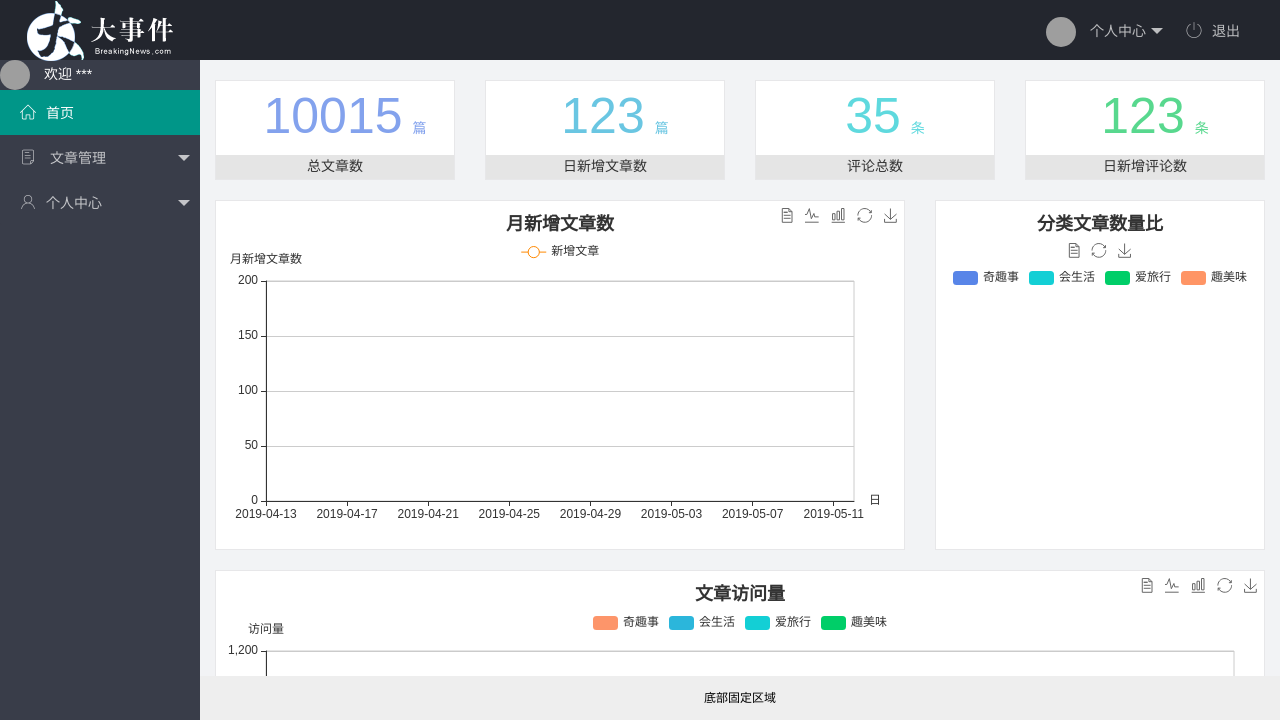
Repository: lithronmatic/web_bigbigevent
Page: index.html
An editor plug-in stored every save of this project. The page is shown before and after the next save, followed by the edit.
The browser window is 1280 px wide. The pictures show the whole page.
Pictures or frames that could not be fetched are drawn as grey boxes. The page's requests for data from a server got no answer.

Above is the page before, as saved 2022-09-03 09:39:20.

### index.html
<!DOCTYPE html>
<html lang="en">

<head>
    <meta charset="UTF-8">
    <meta http-equiv="X-UA-Compatible" content="IE=edge">
    <meta name="viewport" content="width=device-width, initial-scale=1.0">
    <title>后台主页</title>
    <link rel="stylesheet" href="./assets/lib/layui/css/layui.css">
    <link rel="stylesheet" href="./assets/fonts/iconfont.css">
    <link rel="stylesheet" href="./assets/css/index.css">
</head>

<body>
    <div class="layui-layout layui-layout-admin">
        <div class="layui-header">
            <div class="layui-logo">
                <img src="./assets/images/logo.png" alt="">
            </div>
            <!-- 头部区域（可配合layui 已有的水平导航） -->
            <ul class="layui-nav layui-layout-right">
                <li class="layui-nav-item layui-hide layui-show-md-inline-block">
                    <a href="javascript:;" class="userinfo">
                        <img src="//tva1.sinaimg.cn/crop.0.0.118.118.180/5db11ff4gw1e77d3nqrv8j203b03cweg.jpg"
                            class="layui-nav-img">
                        个人中心
                    </a>
                    <dl class="layui-nav-child">
                        <dd><a href="">基本资料</a></dd>
                        <dd><a href="">更换头像</a></dd>
                        <dd><a href="">重置密码</a></dd>
                    </dl>
                </li>
                <li class="layui-nav-item">
                    <a href="javascript:;">
                        <span class="iconfont icon-tuichu"></span>退出
                    </a>
                </li>
            </ul>
        </div>

        <div class="layui-side layui-bg-black">
            <div class="layui-side-scroll">
                <div class="userinfo">
                    <img src="//tva1.sinaimg.cn/crop.0.0.118.118.180/5db11ff4gw1e77d3nqrv8j203b03cweg.jpg"
                        class="layui-nav-img">
                    <span id="welcome">欢迎 ***</span>
                </div>
                <!-- 左侧导航区域（可配合layui已有的垂直导航） -->
                <ul class="layui-nav layui-nav-tree" lay-shrink="all" lay-filter="test">
                    <li class="layui-nav-item layui-this">
                        <a href="./home/dashboard.html" target="fm"><span class="iconfont icon-home"></span>首页</a>
                    </li>
                    <li class="layui-nav-item">
                        <a class="" href="javascript:;"><span class="iconfont icon-16"></span>
                            文章管理
                        </a>
                        <dl class="layui-nav-child">
                            <dd><a href="javascript:;"><i class="layui-icon layui-icon-app"></i>文章类别</a></dd>
                            <dd><a href="javascript:;"><i class="layui-icon layui-icon-app"></i>文章列表</a></dd>
                            <dd><a href="javascript:;"><i class="layui-icon layui-icon-app"></i>发布文章</a></dd>
                        </dl>
                    </li>
                    <li class="layui-nav-item">
                        <a href="javascript:;"><span class="iconfont icon-user"></span>个人中心</a>
                        <dl class="layui-nav-child">
                            <dd><a href="javascript:;">基本资料</a></dd>
                            <dd><a href="javascript:;">更换头像</a></dd>
                            <dd><a href="javascript:;">重置密码</a></dd>
                        </dl>
                    </li>
                </ul>
            </div>
        </div>

        <div class="layui-body">
            <!-- 内容主体区域 -->
            <iframe src="./home/dashboard.html" name="fm" frameborder="0"></iframe>
        </div>

        <div class="layui-footer">
            <!-- 底部固定区域 -->
            底部固定区域
        </div>
    </div>

    <!-- 导入layui.js文件 -->
    <script src="./assets/lib/layui/layui.all.js"></script>
    <!-- 导入jquery -->
    <script src="./assets/lib/jquery.js"></script>
    <!-- 导入baseAPI -->
    <script src="./assets/js/baseAPI.js"></script>
    <!-- 导入自己的js -->
    <script src="./assets/js/index.js"></script>
</body>

</html>

### assets/css/index.css
/* .iconfont{
    margin-right:8px;
}

.layui-icon{
    margin-right:8px;
    margin-left:20px;
}

iframe{
    width: 100%;
    height: 100%;
}

.layui-body{
    overflow: hidden;
}

a{
    transition: none!important;
}

.userinfo{
    height:60px;
    line-height: 60px;
    text-align: center;
    border-bottom:1px solid #282b33;

}

#welcome{
    color:#fff;
    font-size: 12px;
    /* 禁止用户选中 */
    /* user-select: none;
} */

/* .layui-nav-img{
    width:40px;
    height:40px;
}

.text-avatar{
    display: inline-block;
    width: 40px;
    height:40px;
    font-size: 20px;
    background-color: #009688;
    text-align: center;
    line-height: 40px;
    border-radius: 50%;
    position:relative;
    top:4px;
    margin-right: 10px;
}  */

.layui-footer{
    text-align: center;
    font-size: 12px;
}
.iconfont{
    margin-right:10px;
}
.layui-icon{
    margin-right:10px;
}
iframe{
    width:100%;
    height:100%;
}
.layui-body{
    overflow: hidden;
}

### assets/js/baseAPI.js
// 在调用$.get()或$.post()或$.ajax()之前，都会先调用
// $.ajaxPrefilter这个函数
$.ajaxPrefilter(function(options){
    // console.log(options.url);//
    // 在发起真正的Ajax请求之前，统一拼接请求的根路径
    options.url = "http://www.liulongbin.top:3007" + options.url;
})

### assets/js/index.js
// $(function(){
//     getUserInfo();
// })

// var layer = layui.layer;
// // 获取用户的基本信息
// function getUserInfo(){
//     $.ajax({
//         method:'GET',
//         url:'/my/userinfo',
//         // headers就是请求头配置对象
//         headers:{
//             Authorization:localStorage.getItem('token') || ""
//         },
//         success:function(res){
//            if(res.status!==0){
//              return layui.layer.msg('获取用户信息失败!');
//            }
//         //调用renderAvatar 渲染用户的头像
//         renderAvatar(res.data);
//         }
//     })
// }

// // 渲染用户的头像
// function renderAvatar(user){
//     // 1.获取用户名称
//     var name = user.nickname || user.username;
//     // 2.设置欢迎的文本
//     $('#welcome').html('欢迎&nbsp;&nbsp;'+ name);
//     // 3.按需渲染用户的头像
//     if(user.user_pic!==null){
//         // 3.1渲染图片头像
//         $(".layui-nav-img").attr('src',user.user_pic).show();
//         // 让文本头像隐藏
//         $(".text-avatar").hide();
//     }else{
//         // 3.2渲染文本头像
//         // 让图片头像隐藏
//         $(".layui-nav-img").hide();
//         //渲染文本头像
//         var first = name[0].toUpperCase();
//         $(".text-avatar").html(first).show();
//     }
// }

$(function(){
    getUserInfo()

})

// 获取用户基本信息
function getUserInfo(){
    $.ajax({
        type:'GET',
        url:'/my/userinfo',
        // headers 请求头配置对象
        headers:{
            Authorization:localStorage.getItem('token')
        },
        success:function(res){
            if(res.status!=0){
                return layui.layer.msg('获取用户信息失败!')
            }
            // 调用renderAvatar渲染用户的头像
            renderAvatar(res.data)
        }
    })
}

// 渲染用户的头像
function renderAvatar(user){

}

### home/dashboard.html
<!DOCTYPE html>
<html lang="en">

<head>
  <meta charset="UTF-8">
  <meta name="viewport" content="width=device-width, initial-scale=1.0">
  <meta http-equiv="X-UA-Compatible" content="ie=edge">
  <title>图表统计</title>
  <link rel="stylesheet" href="../../assets/lib/bootstrap.css" />
  <link rel="stylesheet" href="../../assets/lib/main.css" />
  <script src="../../assets/lib/jquery.js"></script>
  <script type="text/javascript" src="../../assets/lib/echarts.min.js"></script>
</head>

<body>
  <div class="container-fluid">
    <div class="row spannel_list">
      <div class="col-sm-3 col-xs-6">
        <div class="spannel">
          <em>10015</em><span>篇</span>
          <b>总文章数</b>
        </div>
      </div>
      <div class="col-sm-3 col-xs-6">
        <div class="spannel scolor01">
          <em>123</em><span>篇</span>
          <b>日新增文章数</b>
        </div>
      </div>
      <div class="col-sm-3 col-xs-6">
        <div class="spannel scolor02">
          <em>35</em><span>条</span>
          <b>评论总数</b>
        </div>
      </div>
      <div class="col-sm-3 col-xs-6">
        <div class="spannel scolor03">
          <em>123</em><span>条</span>
          <b>日新增评论数</b>
        </div>
      </div>
    </div>
  </div>

  <div class="container-fluid">
    <div class="row curve-pie">
      <div class="col-lg-8 col-md-8">
        <div class="gragh_pannel" id="curve_show"></div>
      </div>
      <div class="col-lg-4 col-md-4">
        <div class="gragh_pannel" id="pie_show"></div>
      </div>
    </div>
  </div>

  <div class="container-fluid">
    <div class="column_pannel" id="column_show"></div>
  </div>

  <script>
    var oChart = echarts.init(document.getElementById('curve_show'));
    var aList_all = [
      { 'count': 36, 'date': '2019-04-13' },
      { 'count': 52, 'date': '2019-04-14' },
      { 'count': 78, 'date': '2019-04-15' },
      { 'count': 85, 'date': '2019-04-16' },
      { 'count': 65, 'date': '2019-04-17' },
      { 'count': 72, 'date': '2019-04-18' },
      { 'count': 88, 'date': '2019-04-19' },
      { 'count': 64, 'date': '2019-04-20' },
      { 'count': 72, 'date': '2019-04-21' },
      { 'count': 90, 'date': '2019-04-22' },
      { 'count': 96, 'date': '2019-04-23' },
      { 'count': 100, 'date': '2019-04-24' },
      { 'count': 102, 'date': '2019-04-25' },
      { 'count': 110, 'date': '2019-04-26' },
      { 'count': 123, 'date': '2019-04-27' },
      { 'count': 100, 'date': '2019-04-28' },
      { 'count': 132, 'date': '2019-04-29' },
      { 'count': 146, 'date': '2019-04-30' },
      { 'count': 200, 'date': '2019-05-01' },
      { 'count': 180, 'date': '2019-05-02' },
      { 'count': 163, 'date': '2019-05-03' },
      { 'count': 110, 'date': '2019-05-04' },
      { 'count': 80, 'date': '2019-05-05' },
      { 'count': 82, 'date': '2019-05-06' },
      { 'count': 70, 'date': '2019-05-07' },
      { 'count': 65, 'date': '2019-05-08' },
      { 'count': 54, 'date': '2019-05-09' },
      { 'count': 40, 'date': '2019-05-10' },
      { 'count': 45, 'date': '2019-05-11' },
      { 'count': 38, 'date': '2019-05-12' },
    ];

    let aCount = [];
    let aDate = [];

    for (var i = 0; i < aList_all.length; i++) {
      aCount.push(aList_all[i].count);
      aDate.push(aList_all[i].date);
    }

    var chartopt = {
      title: {
        text: '月新增文章数',
        left: 'center',
        top: '10'
      },
      tooltip: {
        trigger: 'axis'
      },
      legend: {
        data: ['新增文章'],
        top: '40'
      },
      toolbox: {
        show: true,
        feature: {
          mark: { show: true },
          dataView: { show: true, readOnly: false },
          magicType: { show: true, type: ['line', 'bar'] },
          restore: { show: true },
          saveAsImage: { show: true }
        }
      },
      calculable: true,
      xAxis: [
        {
          name: '日',
          type: 'category',
          boundaryGap: false,
          data: aDate
        }
      ],
      yAxis: [
        {
          name: '月新增文章数',
          type: 'value'
        }
      ],
      series: [
        {
          name: '新增文章',
          type: 'line',
          smooth: true,
          itemStyle: { normal: { areaStyle: { type: 'default' }, color: '#f80' }, lineStyle: { color: '#f80' } },
          data: aCount
        }],
      areaStyle: {
        normal: {
          color: new echarts.graphic.LinearGradient(0, 0, 0, 1, [{
            offset: 0,
            color: 'rgba(255,136,0,0.39)'
          }, {
            offset: .34,
            color: 'rgba(255,180,0,0.25)'
          }, {
            offset: 1,
            color: 'rgba(255,222,0,0.00)'
          }])

        }
      },
      grid: {
        show: true,
        x: 50,
        x2: 50,
        y: 80,
        height: 220
      }
    };

    oChart.setOption(chartopt);


    var oPie = echarts.init(document.getElementById('pie_show'));
    var oPieopt =
    {
      title: {
        top: 10,
        text: '分类文章数量比',
        x: 'center'
      },
      tooltip: {
        trigger: 'item',
        formatter: "{a} <br/>{b} : {c} ({d}%)"
      },
      color: ['#5885e8', '#13cfd5', '#00ce68', '#ff9565'],
      legend: {
        x: 'center',
        top: 65,
        data: ['奇趣事', '会生活', '爱旅行', '趣美味']
      },
      toolbox: {
        show: true,
        x: 'center',
        top: 35,
        feature: {
          mark: { show: true },
          dataView: { show: true, readOnly: false },
          magicType: {
            show: true,
            type: ['pie', 'funnel'],
            option: {
              funnel: {
                x: '25%',
                width: '50%',
                funnelAlign: 'left',
                max: 1548
              }
            }
          },
          restore: { show: true },
          saveAsImage: { show: true }
        }
      },
      calculable: true,
      series: [
        {
          name: '访问来源',
          type: 'pie',
          radius: ['45%', '60%'],
          center: ['50%', '65%'],
          data: [
            { value: 300, name: '奇趣事' },
            { value: 100, name: '会生活' },
            { value: 260, name: '爱旅行' },
            { value: 180, name: '趣美味' }
          ]
        }
      ]
    };
    oPie.setOption(oPieopt);



    var oColumn = this.echarts.init(document.getElementById('column_show'));
    var oColumnopt =
    {
      title: {
        text: '文章访问量',
        left: 'center',
        top: '10'
      },
      tooltip: {
        trigger: 'axis'
      },
      legend: {
        data: ['奇趣事', '会生活', '爱旅行', '趣美味'],
        top: '40'
      },
      toolbox: {
        show: true,
        feature: {
          mark: { show: true },
          dataView: { show: true, readOnly: false },
          magicType: { show: true, type: ['line', 'bar'] },
          restore: { show: true },
          saveAsImage: { show: true }
        }
      },
      calculable: true,
      xAxis: [
        {
          type: 'category',
          data: ['1月', '2月', '3月', '4月', '5月']
        }
      ],
      yAxis: [
        {
          name: '访问量',
          type: 'value'
        }
      ],
      series: [
        {
          name: '奇趣事',
          type: 'bar',
          barWidth: 20,
          itemStyle: {
            normal: { areaStyle: { type: 'default' }, color: '#fd956a' }
          },
          data: [800, 708, 920, 1090, 1200]
        },
        {
          name: '会生活',
          type: 'bar',
          barWidth: 20,
          itemStyle: {
            normal: { areaStyle: { type: 'default' }, color: '#2bb6db' }
          },
          data: [400, 468, 520, 690, 800]
        },
        {
          name: '爱旅行',
          type: 'bar',
          barWidth: 20,
          itemStyle: {
            normal: { areaStyle: { type: 'default' }, color: '#13cfd5' }
          },
          data: [500, 668, 520, 790, 900]
        },
        {
          name: '趣美味',
          type: 'bar',
          barWidth: 20,
          itemStyle: {
            normal: { areaStyle: { type: 'default' }, color: '#00ce68' }
          },
          data: [600, 508, 720, 890, 1000]
        }
      ],
      grid: {
        show: true,
        x: 50,
        x2: 30,
        y: 80,
        height: 260
      },
      dataZoom: [//给x轴设置滚动条
        {
          start: 0,//默认为0
          end: 100 - 1000 / 31,//默认为100
          type: 'slider',
          show: true,
          xAxisIndex: [0],
          handleSize: 0,//滑动条的 左右2个滑动条的大小
          height: 8,//组件高度
          left: 45, //左边的距离
          right: 50,//右边的距离
          bottom: 26,//右边的距离
          handleColor: '#ddd',//h滑动图标的颜色
          handleStyle: {
            borderColor: "#cacaca",
            borderWidth: "1",
            shadowBlur: 2,
            background: "#ddd",
            shadowColor: "#ddd",
          }
        }]
    };
    oColumn.setOption(oColumnopt);
  </script>
</body>

</html>

Loaded but not shown: assets/lib/layui/css/layui.css (library); assets/fonts/iconfont.css (common file); assets/lib/layui/layui.all.js (library); assets/lib/jquery.js (library); assets/lib/bootstrap.css (library); assets/lib/main.css (library); assets/lib/echarts.min.js (library); assets/lib/layui/css/modules/laydate/default/laydate.css (library); assets/lib/layui/css/modules/layer/default/layer.css (library); assets/lib/layui/css/modules/code.css (common file)

After the next save:
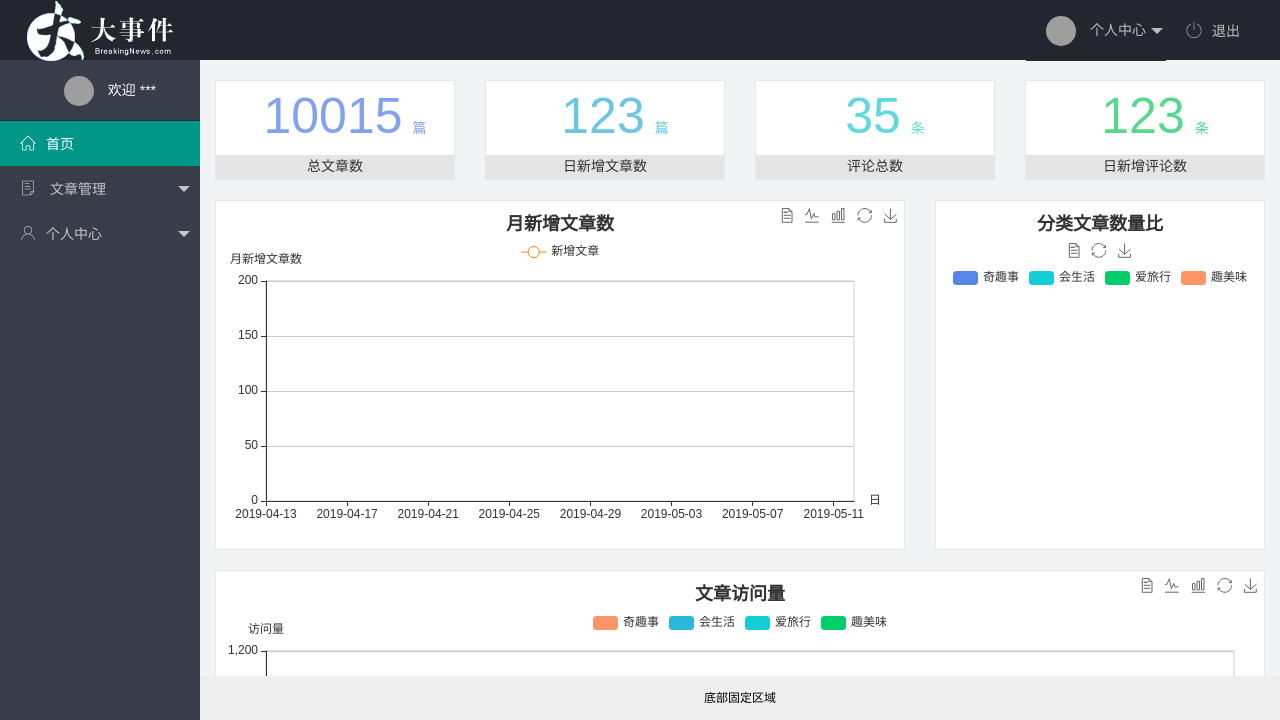
Saved 54 s later.
--- a/assets/css/index.css
+++ b/assets/css/index.css
@@ -71,3 +71,10 @@ iframe{
 .layui-body{
     overflow: hidden;
 }
+.userinfo{
+    height:60px;
+    line-height: 60px;
+    text-align: center;
+    border-bottom:1px solid #282b33;
+
+}
